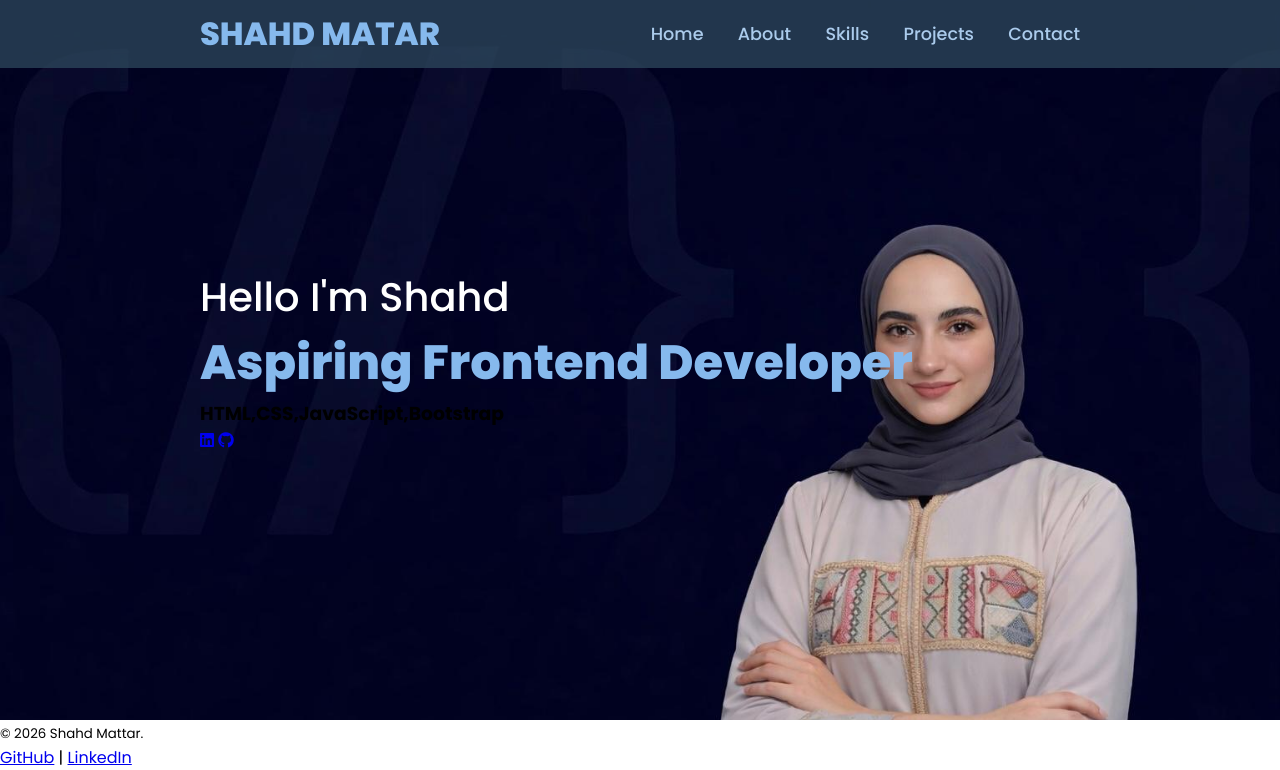
Repository: shahdmattar/personal-landing-page
Page: index.html
These files come from the project's save history. The page is drawn as it stood at one moment and after a run of saves; the edit follows.
The browser window is 1280 px wide. The pictures show the whole page.
Backgrounds fixed to the window are drawn as part of the page.

Above is the page before, as saved 2026-04-15 10:55:06.

### index.html
<!doctype html>
<html lang="en">
  <head>
    <meta charset="UTF-8" />
    <meta name="viewport" content="width=device-width, initial-scale=1.0" />
    <title>Shahd Matar | Personal Landing Page</title>
    <meta
      name="description"
      content="Personal landing page of Shahd Matar, Computer Engineering student and frontend learner."
    />
    <link
      rel="stylesheet"
      href="https://cdnjs.cloudflare.com/ajax/libs/font-awesome/6.0.0/css/all.min.css"
    />
    <link rel="stylesheet" href="style.css" />
    <!-- <link rel="stylesheet" href="test.css"> -->
  </head>

  <body>
    <header>
      <a href="#" class="logo">Shahd Matar</a>
      <nav class="navgation">
        <a href="#hero">Home</a>
        <a href="#about">About</a>
        <a href="#skills">Skills</a>
        <a href="#projects">Projects</a>
        <a href="#contact">Contact</a>
      </nav>
    </header>


      <section class="main">
        <div>
          <h2>Hello I'm Shahd<br> <span>Aspiring Frontend Developer</span></h2>
          <h3>HTML,CSS,JavaScript,Bootstrap</h3>
          <div class="social-icons">
            <a href="https://www.linkedin.com/in/shahd-matar-957608368"><i class="fab fa-linkedin"></i></a>
            <a href="https://github.com/shahdmattar"><i class="fab fa-github"></i></a>
          </div>
        </div>
      </section>


    <!-- Footer -->
    <footer>
      <p><small> &copy; 2026 Shahd Mattar.</small></p>
      <p>
        <a
          href="https://github.com/shahdmattar"
          target="_blank"
          rel="noopener noreferrer"
          >GitHub</a
        >
        |
        <a
          href="https://www.linkedin.com/in/shahd-matar-957608368"
          target="_blank"
          rel="noopener noreferrer"
          >LinkedIn</a
        >
      </p>
    </footer>
  </body>
</html>

### style.css
@import url('https://fonts.googleapis.com/css2?family=Dancing+Script:wght@400..700&family=Poppins:ital,wght@0,100;0,200;0,300;0,400;0,500;0,600;0,700;0,800;0,900;1,100;1,200;1,300;1,400;1,500;1,600;1,700;1,800;1,900&display=swap');

* {
  font-family:"Poppins", sans-serif;
  margin: 0;
  padding: 0;
  box-sizing: border-box;
  scroll-behavior:smooth;
}

header{
  width:100%;
  background-color:rgba(49, 76, 97, 0.709);
  position:fixed;
  display:flex;
  justify-content: space-between;
  align-items:center;
  z-index: 999;
  padding:10px 200px;
}

.logo{
  text-decoration:none;
  text-transform:uppercase;
  color:#86b9ed;
  font-size:2rem;
  font-weight:800;
}

.navgation a{
  color:#abcbec;
  text-decoration:none;
  font-size:1.1rem;
  font-weight:500;
  padding-left:30px;
}

.navgation a:hover{
  color:#a2bbd3;
  font-size:1.15rem;
  /* font-weight:600; */
}

section{
   padding:200px 200px;
}
.main{
  width:100%;
  min-height:100vh;
  display:flex;
  align-items:center;
  background:url(images/back.jpeg);
  background-repeat:no-repeat;
  background-size:cover;
  background-position:center;
  background-attachment: fixed;
}

.main h2{
  color:#fff;
  font-size:2.5rem;
  font-weight:500;
}

.main h2 span{
  color:#86b9ed;
  font-size:3rem;
  font-weight:800;
}

After the next 2 saves:
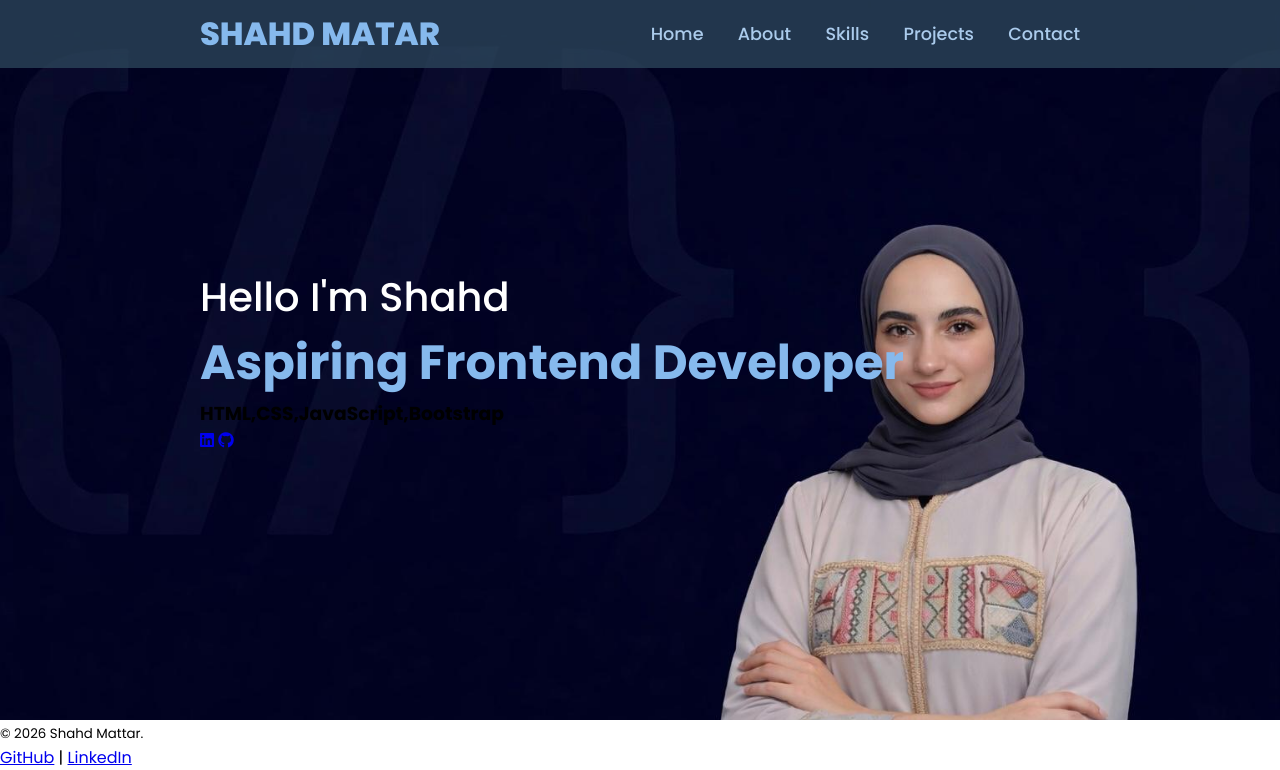
The 2 saves are shown as one change because they came seconds apart.
The last was saved 24 s later.
--- a/style.css
+++ b/style.css
@@ -65,5 +65,5 @@ section{
 .main h2 span{
   color:#86b9ed;
   font-size:3rem;
-  font-weight:800;
+  font-weight:700;
 }
